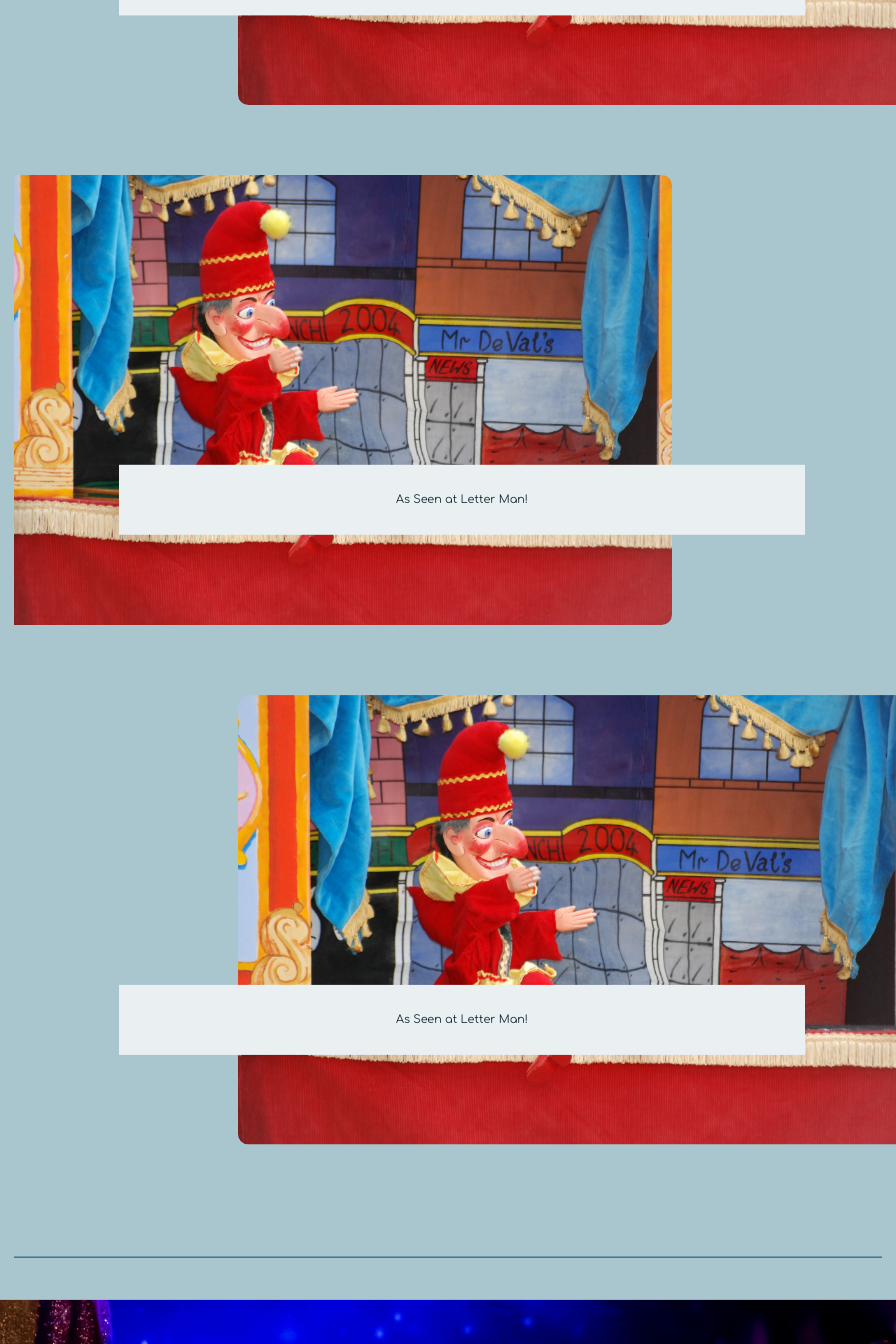
Repository: Sbethm/wink
Page: index.html
The author's editor kept a copy of each file at every save. The page is drawn from the files as they stood at one save, then again after a run of saves.
The browser window is 1280 px wide. The pictures show the part of the page from y = 3260 to 5180 px (the page is 5477 px tall before and 5404 px after), at 70% of full size.
The style sheet was rebuilt from its Sass, Less or Tailwind sources for each picture, by a compiler version that may differ from the author's.

Above is the page before, as saved 2021-09-08 14:05:42.

### index.html
<!DOCTYPE html>
<html lang="en">
<head>
    <meta charset="UTF-8">
    <meta http-equiv="X-UA-Compatible" content="IE=edge">
    <meta name="viewport" content="width=device-width, initial-scale=1.0">
    <link rel="preconnect" href="https://fonts.googleapis.com">
    <link rel="preconnect" href="https://fonts.gstatic.com" crossorigin>
    <link href="https://fonts.googleapis.com/css2?family=Acme&family=Comfortaa:wght@400;500;600;700&family=Indie+Flower&display=swap" rel="stylesheet">
    <!--
        font-family: 'Acme', sans-serif;
        font-family: 'Comfortaa', cursive;
        font-family: 'Indie Flower', cursive;
    -->

    <link rel="stylesheet" href="./CSS/main.css">
    <title>Wink Danenberg: The Greatest Showman</title>
</head>
<body>
    <header id="headerBg">
        <h1 id="logo">Wink</h1>
        <div class="menu--btn">
            <ul class="menu">
                <li class="menu--item">Shows</li>
                <li class="menu--item">Wink</li>
                <li class="menu--item">Calender</li>
                <li class="menu--item">Contact</li>
            </ul>
        </div>
    </header>
    <main>
        <section class="main--slideshow">
            <!--images are set on automatic slide-->
                <img src="./img/img1.jpg" alt="" id="slide--img">
                <img src="./img/img2.jpg" alt="" id="slide--img">
                <img src="./img/img3.jpg" alt="" id="slide--img">
            <div class="slideshow--quote">Comedy for the Whole Family!</div>
        </section>
        <!--EVENTS-
            Description of Wink's shows. What does he do? Who are the shows geared towards? etc.-->
        <section class="event">
            <div class="container container--event">
                <a href="./events.html"><h2 class="heading--center">Events</h2></a>
                <p class="info--short center">Do you want a man who can tickle your funny bone? Look no further than Wink!</p>
                <div class="event--slideshow">
                    <!--each div is set on a swipe slide-->
                    <a href=""><div class="event--retreats event--slide">
                        <p class="event--type">Retreats</p>
                    </div></a>
                    <a href=""><div class="event--schools event--slide">
                        <p class="event--type">Schools</p>
                    </div></a>
                    <a href=""><div class="event--events event--slide">
                        <p class="event--type">Events</p>
                    </div></a>
                </div>
            </div>
        </section>
         <!--WINK-
            Who is Wink? A little about Wink and his past experience as a showman -->
        <section class="wink">
            <div class="container container--wink">
                <h2 class="heading--center">Wink Danenberg</h2>
                <div class="img--container">
                    <img src="./img/img2.jpg" alt="" class="img--set--left js--scroll">
                </div>
                <p class="text--full--center">
                    …about Wink Danenberg
                    Standing at 6 foot 4… 240 pounds- Wink Danenberg is responsible for the laughter of audiences  across the country. His comedy juggling, unicycling, and audience participation have kept people  entertained and enthralled at countless events, including festivals, comedy clubs, schools, cruise
                    ships, and libraries. His high energy and raw antics are a perfect blend to captivate and amaze  both the audience and himself. Wink Danenberg, a true original, is the only juggler who: offers a  full money back guarantee, can drive a standard with one hand, and has never taken a selfie.
                </p>
            </div>
        </section>
         <!--REFERENCES-
            A section with a link to references for Wink's shows-->
        <section class="references cover">
            <!--CHANGE BTN TO DIV & CHECK CSS-->
            <div class="link--click ">References</div>
        </section>
         <!--EXPERIENCE HIGHLIGHTS-
            A section that shows some of the highlights of his experience-->
        <section class="highlights">
            <div class="container container--highlights">
                <h2 class="heading--center">Highlights</h2>
                <div class="experience--block">
                    <img src="./img/img2.jpg" alt="" class="img--set--right js--scroll">
                <p class="text--small--center">As Seen at Letter Man!</p>
                </div>
                <div class="experience--block">
                    <img src="./img/img2.jpg" alt="" class="img--set--left js--scroll">
                    <p class="text--small--center">As Seen at Letter Man!</p>
                </div>
                <div class="experience--block">
                        <img src="./img/img2.jpg" alt="" class="img--set--right js--scroll">
                    <p class="text--small--center">As Seen at Letter Man!</p>
                </div>
            </div>
        </section>
         <!--CONTACT-
            email and (maybe) phone information about how to contact Wink-->
        <section class="contact cover">
            <!--CHANGE BTN TO DIV & CHECK CSS-->
            <div class="link--click ">Contact</div>
        </section>
    </main>
    <footer></footer>
    <script src="./JS/main.js"></script>
</body>
</html>

### JS/main.js
/*
 TABLE OF CONTENTS
    1.
    2.
    3.
    4.
    5.
*/


//1. HEADER CAROUSEL
    //Header variables
    const slides = document.querySelectorAll('#slide--img');
    const headerBg = document.getElementById('headerBg');
    const logo = document.getElementById('logo');

    //Changing header on scroll
    window.onscroll = function() {
        if (window.scrollY > 130) {
            headerBg.style.background = 'rgb(234, 240, 241)';
            headerBg.style.borderBottom = 'solid 1px rgb(19, 43, 53)';
            logo.style.color = 'rgb(19, 43, 53)';
        } else {
            headerBg.style.background = 'none';
            headerBg.style.borderBottom = 'solid 1px rgb(234, 240, 241)';
            logo.style.color = 'rgb(234, 240, 241)';
        }
    }

    //Index main slideshow
    setInterval(nextImg, 4000);

    let currentImg = 0;
    slides[currentImg].style.opacity = 1;

    function nextImg() {
        slides[currentImg].style.opacity = 0;
        currentImg = (currentImg + 1) % slides.length;
        slides[currentImg].style.opacity = 1;
    }

//2. SCROLL ANIMATIONS
    //Scroll variables
    const scrollElements = document.querySelectorAll(".js--scroll");
    const fromLeftElements = document.querySelectorAll(".img--set--left");
    const fromRightElements = document.querySelectorAll(".img--set--right");

    //When element is on screen or off scree
    const elementInView = (el) => {
    const elementTop = el.getBoundingClientRect().top;

    return (
        elementTop <=
        (window.innerHeight || document.documentElement.clientHeight));
    };

    const elementOutofView = (el) => {
    const elementTop = el.getBoundingClientRect().top;

    return (
        elementTop > (window.innerHeight || document.documentElement.clientHeight)
    );
    };

    //Fade-In & Fade-out functions
    const displayScrollElement = (element) => {
    element.classList.add("scrolled");
    };
    const hideScrollElement = (element) => {
    element.classList.remove("scrolled");
    };

    //Shift left functions
    const shiftOnScreenLeft = (el) => {
        el.classList.add('shifted--from--left');
    }
    const shiftOffScreenLeft = (el) => {
        el.classList.remove('shifted--from--left');
    }

    //Shift right functions into view
    const shiftOnScreenRight = (el) => {
        el.classList.add('shifted--from--right');
    }
    const shiftOffScreenRight = (el) => {
        el.classList.remove('shifted--from--right');
    }


const handleOpacityAnimation = () => {
  scrollElements.forEach((el) => {
    if (elementInView(el)) {
        displayScrollElement(el);
    } else if (elementOutofView(el)) {
        hideScrollElement(el)
    }
  })
}

const handleShiftAnimationLeft = () => {
    fromLeftElements.forEach((el) => {
    if (elementInView(el)) {
        shiftOnScreenLeft(el)
    } else if (elementOutofView(el)) {
        shiftOffScreenLeft(el)
    }
  })
}

const handleShiftAnimationRight = () => {
    fromRightElements.forEach((el) => {
    if (elementInView(el)) {
        shiftOnScreenRight(el)
    } else if (elementOutofView(el)) {
        shiftOffScreenRight(el)
    }
  })
}

window.addEventListener("scroll", () => {
    handleOpacityAnimation();
    handleShiftAnimationLeft();
    handleShiftAnimationRight();
})

// const fadeEl = document.querySelectorAll('.js--scroll');

// fadeEl.forEach((el) => {
//     el.style.opacity = '0';
// });

// const elInView = (el) => {
//     const elementTop = el.getBoundingClientRect().top;
//     return (elementTop <= window.innerHeight || document.documentElement.clientHeight);
// }

// const displayElement = (el) => {
//     el.classList.add('scrolled');
// }

// const scrollAnimation = () => {
//     fadeEl.forEach((el) => {
//         if(elInView(el, 100)){
//             displayElement(el);
//         }
//     })
// }

// window.addEventListener("scroll", () => {
//     scrollAnimation();
//   });

//SLIDE-IN

### SCSS/main.scss
@import "./resets", "./variables";


//GENERAL STYLING
body{
    width: 100vw;
    background-color: $bgColor1;
    overflow-x: hidden;
}

main {
    overflow-x: hidden;
}

section {
    width: 100vw;
    height: fit-content;
    background-color: $bgColor1;
    color: $accentColor1;
    font-family: $mainFont;
    font-size: 1rem;
}

.container {
    margin: 60px 20px;
    padding: 60px 0;
    width: calc(100vw - 40px);
    background-color: $bgColor1;
    border-top: solid 2px $accentColor2;
    border-bottom: solid 2px $accentColor2;
}

.heading--center {
    padding-bottom: 30px;
    width: 100%;
    font-family: $accentFont;
    font-size: 2.5rem;
    text-align: center;
}

.link--click {
    width: 10rem;
    height: 4rem;
    font-family: $accentFont;
    font-size: 1.5rem;
    color: $accentColor1;
    text-align: center;
    line-height: 4rem;
    background-color: $bgColor2;
}

a {
    text-decoration: none;
}

p {
    font-family: $mainFont;
    font-size: 1rem;
    line-height: 1.5rem;
}

.center {
    padding-bottom: 30px;
    width: 100%;
    text-align: center;
}

//HEADER AND MAIN SLIDESHOW
header {
    position: fixed;
    top: 0;
    height: 4rem;
    width: 100vw;
    padding: 1rem;
    z-index: 9;
    overflow: hidden;
    background: aliceblue;
    border-bottom: solid 1px rgb(13, 81, 139);
    transition: all 0.50s ease-in;
    box-sizing: border-box;

    & h1 {
        font-family: $accentFont;
        font-size: 2rem;
        color: rgb(13, 81, 139);
        transition: all 0.50s ease-in;
    }
}

.menu--item{
    display: none;
}

.main--slideshow {
    height: 100vh;
    width: 100vw;
    background-color: #000;
}

#slide--img {
    position: absolute;
    top: 0;
    left: 0;
    width: 100%;
    height: 100%;
    object-fit: cover;
    overflow: hidden;
    opacity: 0;
    transition: all 0.75s ease-in;
    z-index: 0;
}

.slideshow--quote {
    position: absolute;
    top: calc(100vh - 75vh);
    width: 100vw;
    font-size: 5rem;
    font-family: $headerFont;
    font-weight: 800;
    color: aliceblue;
    text-align: center;
}

//EVENTS
.event{
    padding-top: 20px;
}

.event--slideshow {
    display: flex;
    flex-direction: row;
    overflow: scroll;

    & .event--slide {
        margin: 10px;
        width: 10rem;
        height: 12rem;
        display: grid;
        background-image: url(../img/img1.jpg);
        box-shadow: 10px 5px 5px rgba(100, 100, 100, 0.377);
        grid-template-columns: 100%;
        justify-items: center;
        align-items: center;

        & .event--type {
            padding: 5px;
            width: 75%;
            background-color: $bgColor2;
            font-family: $accentFont;
            color: $accentColor1;
            text-align: center;
        }
    }
}

//ABOUT WINK
.container--wink {
    margin: 0 20px;
    padding: 20px 0;
    border: hidden;
}

.img--set--left {
    width: 75vw;
    position: relative;
    left: -350px;
    z-index: 1;
    border-radius: 0 15px 15px 0;
    transition: all 3000ms;

    &.shifted--from--left {
    left: -20px;
    }
}

.text--full--center {
    position: relative;
    padding: 10px;
    top: -60px;
    z-index: 2;
    background-color: $bgColor2;
}

//REFERENCES and CONTACT
.cover {
    width: 100vw;
    height: 50vh;
    display: flex;
    justify-content: center;
    align-items: center;
    background-image: url(../img/img1.jpg);
}

//EXPERIENCE HIGHLIGHTS
.container--experience{
    margin-left: 0;
    margin-right: 0;
    border-bottom: hidden;
}

.experience--block {
    display: grid;
    grid-template-columns: 100vw;
    grid-template-rows: 25% 75%;
    width: 100vw;
    overflow-x: hidden;

    & .img--set--right {
        grid-area: 1/1/2/3;
        justify-self: flex-end;
        width: 75vw;
        z-index: 1;
        border-radius: 15px 0 0 15px;
        padding-left: 100vw;
        transition: all 3000ms;
    }

    & .shifted--from--right{
        padding-left: 0px;
    }

    & .img--set--left {
        grid-area: 1/1/2/3;
        justify-self: flex-start;
        width: 75vw;
        z-index: 1;
        border-radius: 0 15px 15px 0;
        transition: all 3000ms;
    }

    & .text--small--center {
        align-self: center;
        justify-self: center;
        width: 75%;
        height: 5rem;
        padding: 10px;
        z-index: 2;
        background-color: $bgColor2;
        text-align: center;
        line-height: 5rem;
    }
}





//CONTACT *see references

//JAVASCRIPT ELEMENTS
.js--scroll {
    opacity: 0;
    transition: all 3000ms;
}

.js--scroll.scrolled{
    opacity: 1;
}

### SCSS/_variables.scss
//FONTS
$headerFont: 'Acme', sans-serif;
$accentFont: 'Indie Flower', cursive;
$mainFont: 'Comfortaa', cursive;

//COLORS
// $bgColor1: rgb(207, 184, 169);
// $bgColor2: rgb(241, 237, 234);
// $accentColor1: rgb(53, 33, 19);
// $accentColor2: rgb(83, 50, 27);
$bgColor1: rgb(169, 198, 207);
$bgColor2: rgb(234, 240, 241);
$accentColor1: rgb(19, 43, 53);
$accentColor2: rgb(51, 114, 141);

Loaded but not shown: SCSS/_resets.scss (common file)

After the next 2 saves:
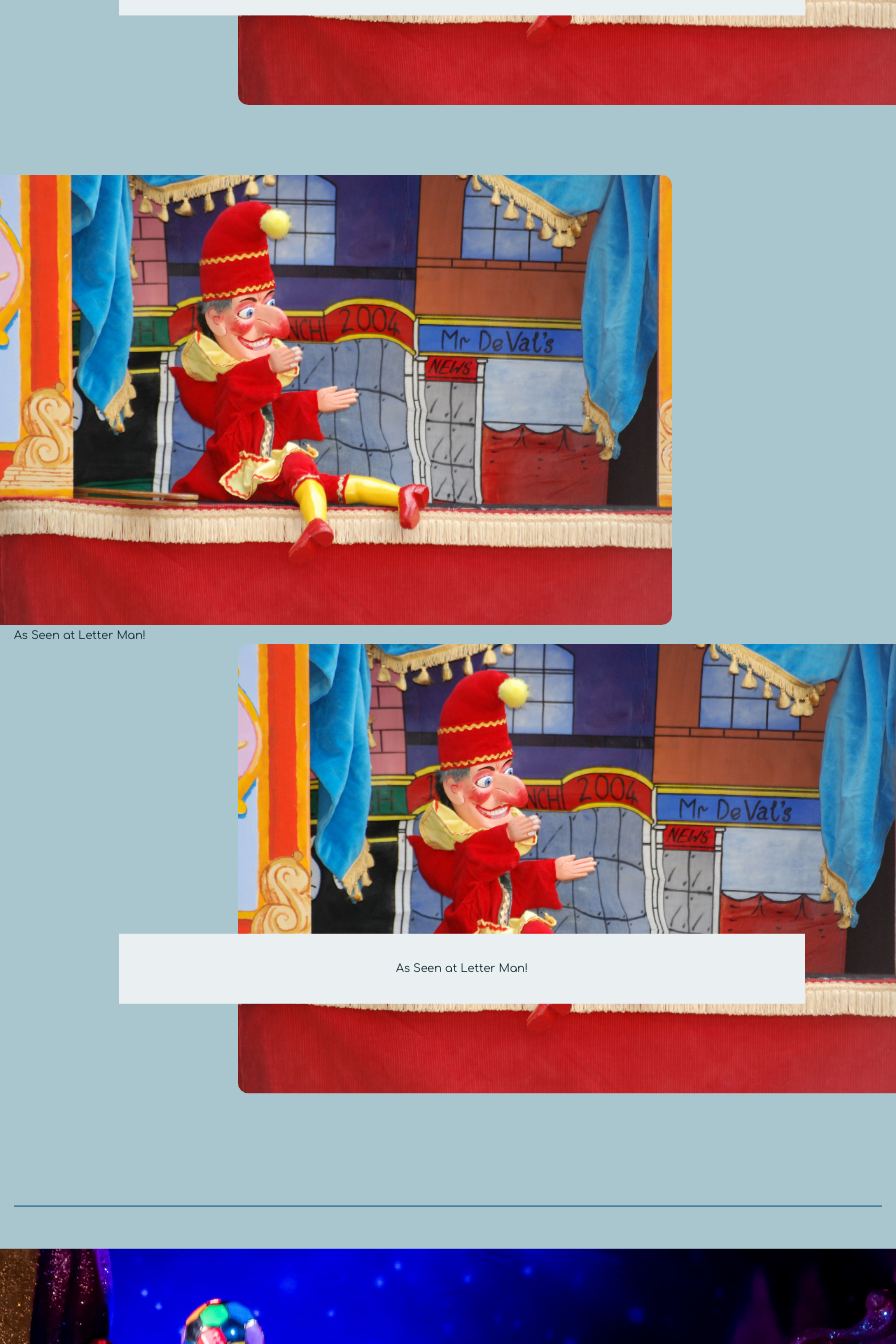
The 2 saves are shown as one change because they came seconds apart.
The last was saved 13 s later.
--- a/index.html
+++ b/index.html
@@ -86,7 +86,7 @@
                     <img src="./img/img2.jpg" alt="" class="img--set--right js--scroll">
                 <p class="text--small--center">As Seen at Letter Man!</p>
                 </div>
-                <div class="experience--block">
+                <div class="higglights--block">
                     <img src="./img/img2.jpg" alt="" class="img--set--left js--scroll">
                     <p class="text--small--center">As Seen at Letter Man!</p>
                 </div>
